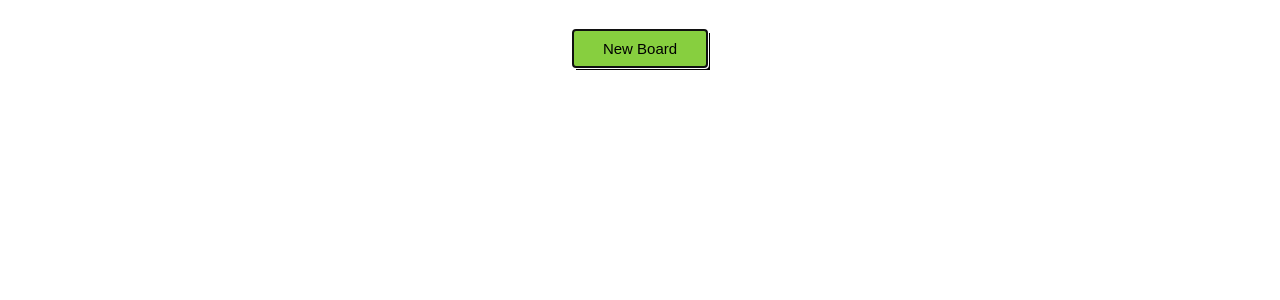
Repository: sokafootball/etch-a-sketc
Page: index.html
An editor plug-in stored every save of this project. The page is shown before and after the next save, followed by the edit.
The browser window is 1280 px wide. The pictures show the whole page.
The first visible `#reset-btn` has the focus.

Above is the page before, as saved 2020-04-18 09:39:46.

After the next save:
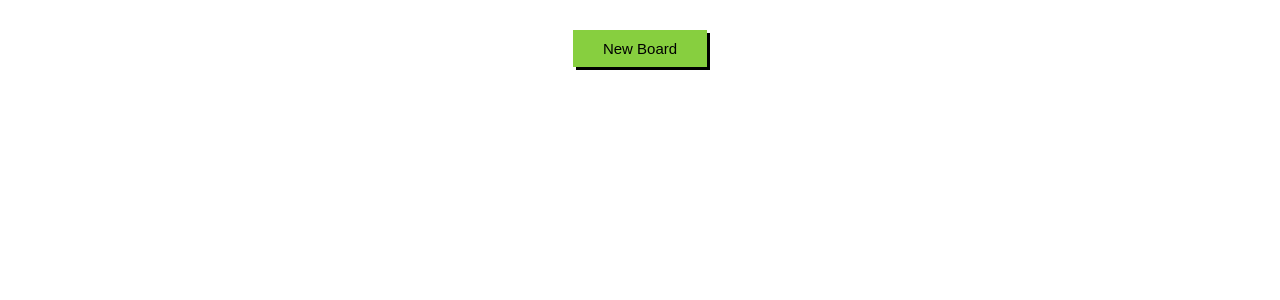
Saved 43 s later.
--- a/style.css
+++ b/style.css
@@ -20,10 +20,5 @@
 }
 
 #reset-btn:focus{
-  margin-bottom: 30px;
-  padding: 10px 30px;
-  font-size: 15px;
-  background-color: hsla(90, 60%, 53%, 1);
-  border: 0;
-  box-shadow: 3px 3px;
+  outline-width: 0;
 }
